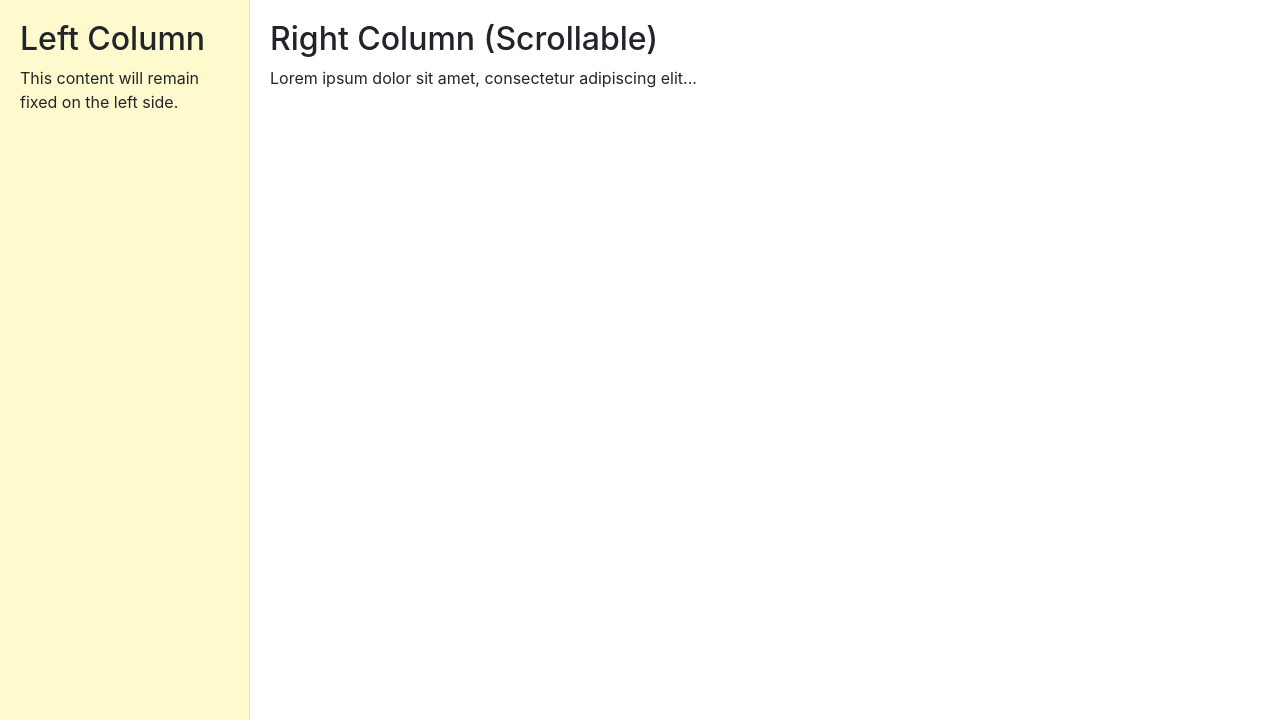
Repository: oliviahsia/FinalProject
Page: src/main/webapp/WEB-INF/main.html
An editor plug-in stored every save of this project. The page is shown before and after the next save, followed by the edit.
The browser window is 1280 px wide. The pictures show the whole page.
Some web libraries are served in a nearby version.

Above is the page before, as saved 2024-03-08 11:51:13.

After the next save:
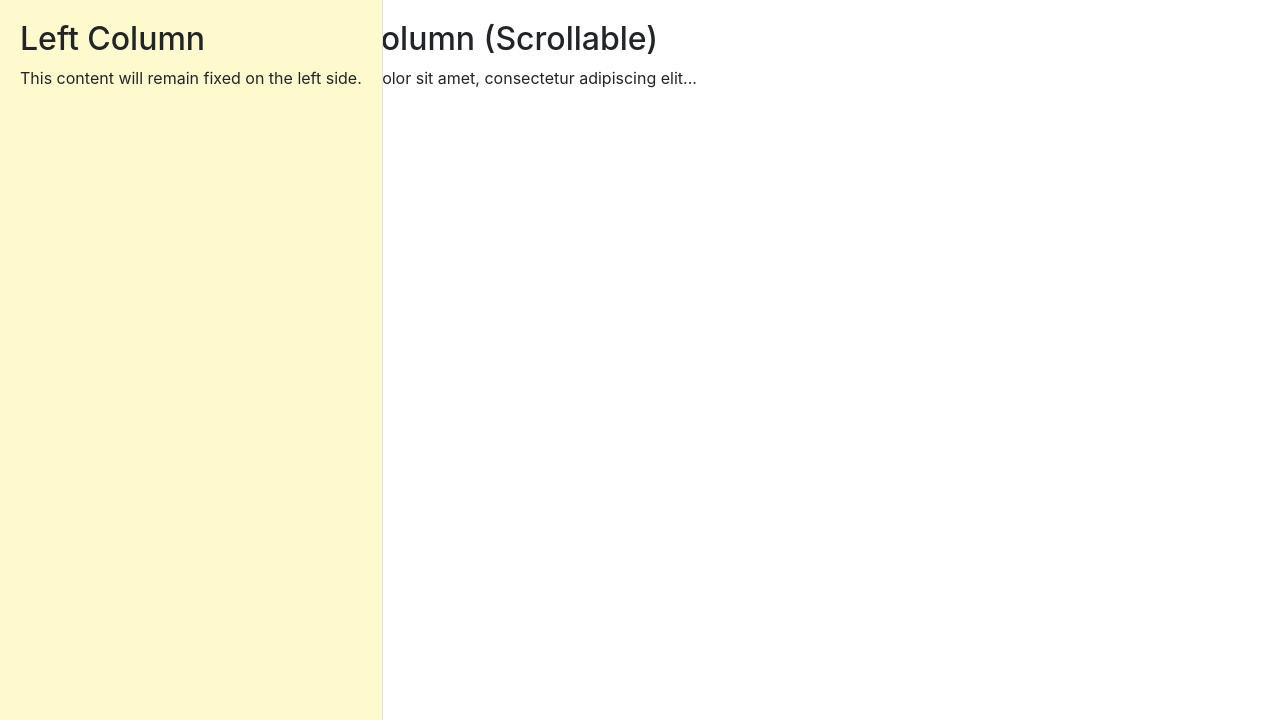
Saved 70 s later.
--- a/src/main/webapp/WEB-INF/main.html
+++ b/src/main/webapp/WEB-INF/main.html
@@ -20,7 +20,7 @@
       position: fixed;
       top: 0;
       left: 0;
-      width: 250px;
+      width: px;
       /* Set the width of the left column */
       height: 100%;
       background-color: #FFFACD;
